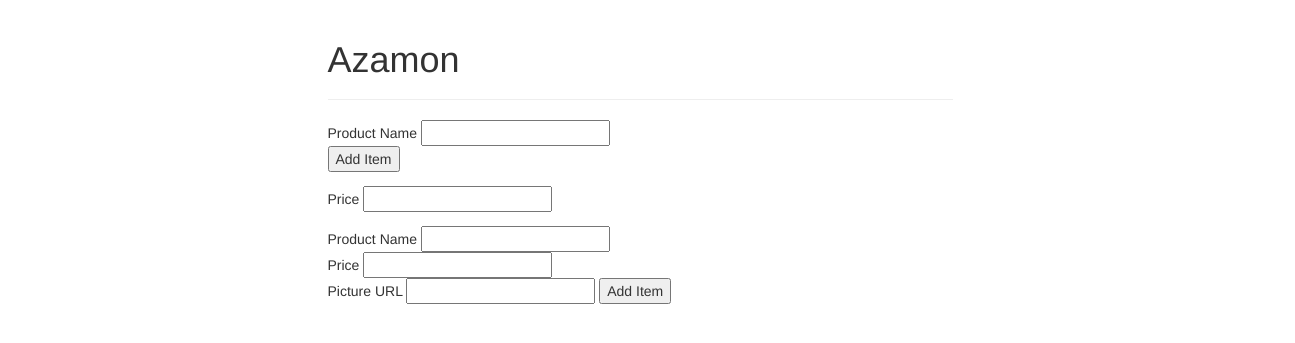
Repository: bkappen/Creative3
Page: midterm/public/index.html
The author's editor kept a record of every edit. The page is drawn from the files as they stood at one moment, then again after the next edit.
The browser window is 1280 px wide. The page is 1295 px wide, so the pictures cover 1295 px, including what lies to the right of the window. The pictures show the whole page.
The page's requests for data from a server got no answer. Some web libraries are served in a nearby version.

Above is the page before.

### midterm/public/index.html
<html>

<head>
    <title>Products</title>
    <link href="//maxcdn.bootstrapcdn.com/bootstrap/3.2.0/css/bootstrap.min.css" rel="stylesheet">
    <script src="//ajax.googleapis.com/ajax/libs/angularjs/1.2.19/angular.min.js"></script>
    <script src="javascripts/product.js"></script>

</head>

<body ng-app="midterm" ng-controller="MainCtrl">
    <div class="row">
        <div class="col-md-6 col-md-offset-3">
            <div class="page-header">
                <h1>Azamon </h1>
            </div>

            <form ng-submit="addProduct()" style="margin-top30px;">
                Product Name <input type="text" id="name" ng-model="formContent"></input> <br>
                <button type="submit">Add Item</button>
            </form>

            <form ng-submit="addProduct()" style="margin-top30px;">
                Price <input type="text" id = "$" ng-model="formContent"></input> <br>
            </form>

            <form ng-submit="addProduct()" style="margin-top30px;">
                Product Name <input type="text" id="name" ng-model="formContent"></input> <br>
                Price <input type="text" id = "$" ng-model="formContent"></input> <br>
                Picture URL <input type="text" id = "url" ng-model="formContent"></input>
                <button type="submit">Add Item</button>
            </form>

            <div ng-repeat="product in products | orderBy: '-'">
                <span class="glyphicon glyphicon-remove" ng-click="delete(product)"></span> {{product.title}} - ordered: {{product.ordered}}
            </div>

            </div>
        </div>
    </div>
</body>

</html>

### midterm/public/javascripts/product.js
angular.module('midterm', [])
    .controller('MainCtrl', [
        '$scope', '$http',
        function($scope, $http) {
            $scope.products = [];
            $scope.addProduct = function() {
                var newproduct = { title: $scope.nameContent, price: $scope.priceContent, URL: $scope.picContent, ordered: 0 };
                $http.post('/products', newproduct).success(function(data) {
                    $scope.products.push(data);
                });
                $scope.nameContent = '';
                $scope.priceContent = '';
                $scope.picContent = '';
                $scope.products.push(newproduct);
            };
            $scope.incrementOrders = function(product) {
                $http.put('/products/' + product._id + '/order')
                    .success(function(data) {
                        product.ordered += 1;
                    });
            };
            $scope.delete = function(product) {
                $http.delete('/products/' + product._id)
                    .success(function(data) {
                        console.log("delete worked");
                        $scope.getAll();
                    });
            };
            $scope.getAll = function() {
                return $http.get('/products').success(function(data) {
                    angular.copy(data, $scope.products);
                });
            };
            $scope.getAll();
        }


    ]);

After the next edit:
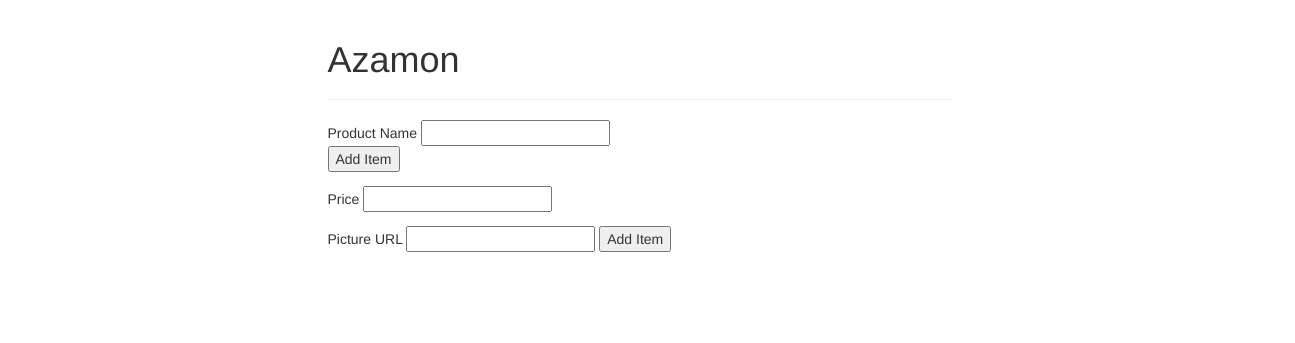
The edit:
--- a/midterm/public/index.html
+++ b/midterm/public/index.html
@@ -25,8 +25,6 @@
             </form>
 
             <form ng-submit="addProduct()" style="margin-top30px;">
-                Product Name <input type="text" id="name" ng-model="formContent"></input> <br>
-                Price <input type="text" id = "$" ng-model="formContent"></input> <br>
                 Picture URL <input type="text" id = "url" ng-model="formContent"></input>
                 <button type="submit">Add Item</button>
             </form>
